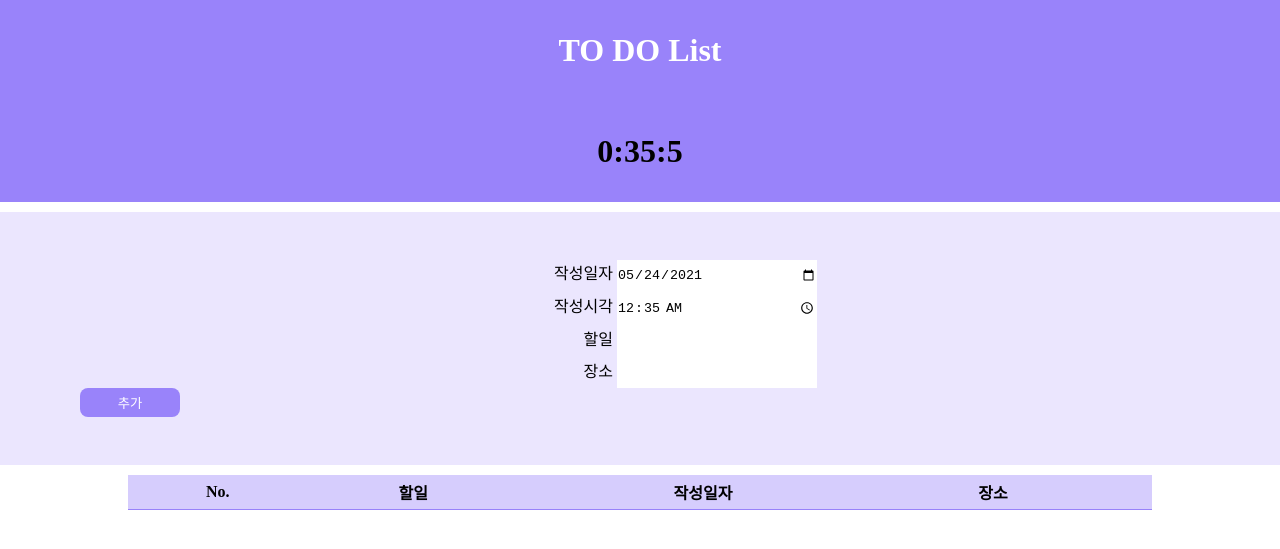
Repository: soyeon-noh/TodoList_Project
Page: http://localhost/Server_PR_TodoList/
An editor plug-in stored every save of this project. The page is shown before and after the next save, followed by the edit.
The browser window is 1280 px wide. The pictures show the whole page.
The page is served by Tomcat 9. Queries for data that is not in the repository find no rows.

Above is the page before, as saved 2021-05-25 04:27:25.

After the next save:
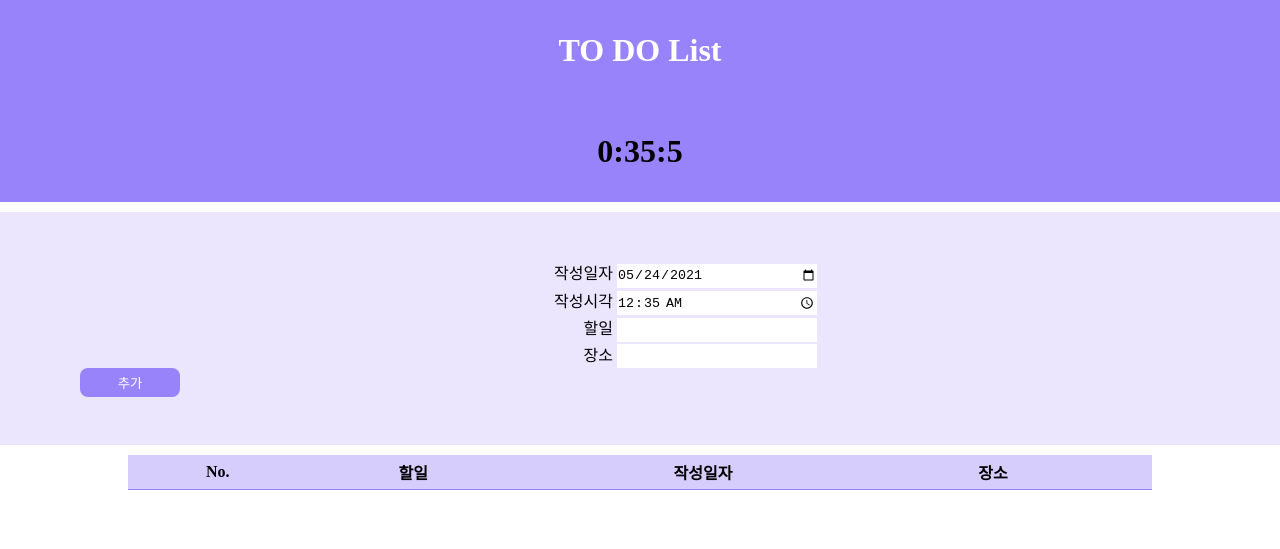
Saved 6 s later.
--- a/Server_PR_TodoList/src/main/webapp/static/css/home.css
+++ b/Server_PR_TodoList/src/main/webapp/static/css/home.css
@@ -35,7 +35,7 @@ form.v1 div label{
 form.v1 input{
 	width: 200px;
 	border: 1px;
-	height: 2rem;
+	height: 1.5rem;
 }
 
 form.v1 button{
